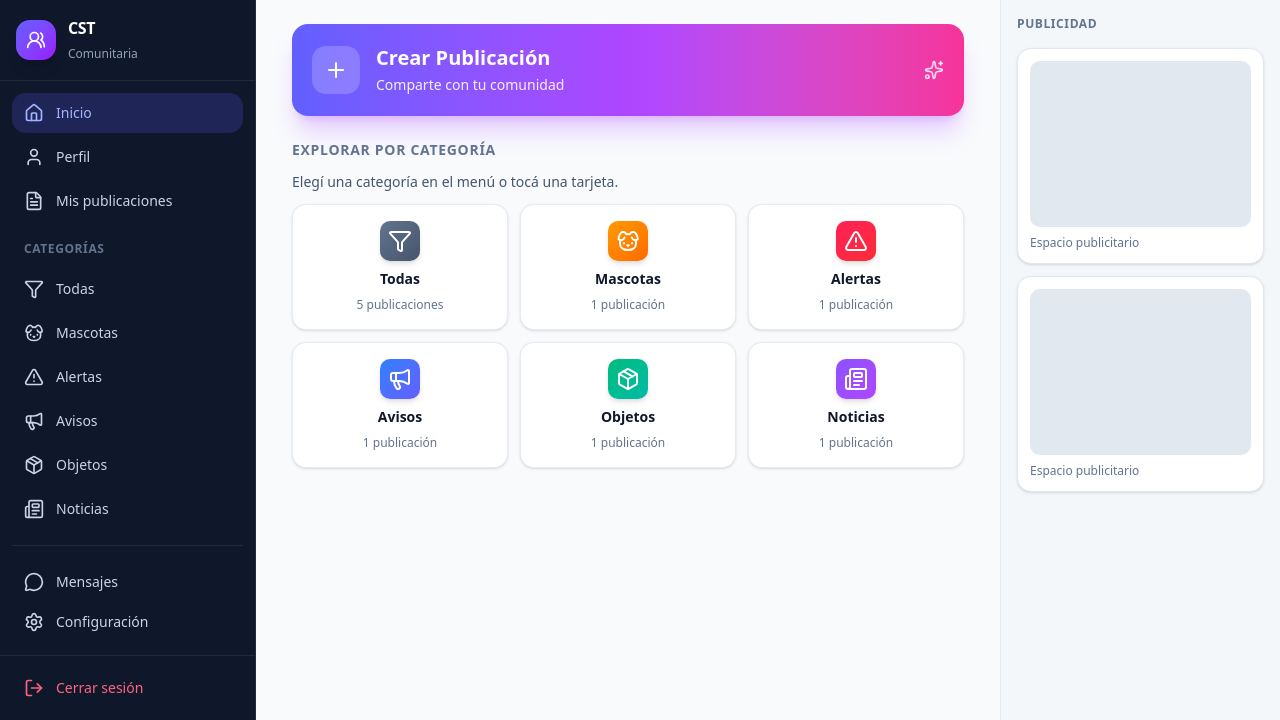
Repository: francoluca35/App-comunitaria
Page: /
These files come from the project's save history. The page is drawn as it stood at one moment and after the next save; the edit follows.
The browser window is 1280 px wide. The pictures show the whole page.
The project was rebuilt for these pictures with package versions that can differ from the ones it lists, and the page was loaded fresh each time. The framework's server and built-in components were replaced by stand-ins that run in the browser. Also part of the build but not shown: next.config.mjs.

Above is the page before, as saved 2026-03-06 14:10:28.

### src/app/layout.tsx
import './globals.css'
import { Providers } from './providers'

export const metadata = {
  title: 'Comunidad',
  description: 'Plataforma de difusión comunitaria',
}

export default function RootLayout({ children }: { children: React.ReactNode }) {
  return (
    <html lang="es">
      <body>
        <Providers>{children}</Providers>
      </body>
    </html>
  )
}

### src/app/page.tsx
'use client'

import Link from 'next/link'
import { useApp, Category } from './providers'
import {
  Dog,
  AlertTriangle,
  Megaphone,
  Package,
  Newspaper,
  Filter,
  Plus,
  Sparkles,
} from 'lucide-react'
import { DashboardLayout } from '@/components/DashboardLayout'

const CATEGORIES: {
  value: Category | 'all'
  slug: string
  label: string
  icon: React.ReactNode
  iconClass: string
}[] = [
  { value: 'all', slug: 'todas', label: 'Todas', icon: <Filter className="w-6 h-6" />, iconClass: 'bg-gradient-to-br from-slate-500 to-slate-600 dark:from-slate-400 dark:to-slate-500' },
  { value: 'mascotas', slug: 'mascotas', label: 'Mascotas', icon: <Dog className="w-6 h-6" />, iconClass: 'bg-gradient-to-br from-amber-500 to-orange-500 dark:from-amber-400 dark:to-orange-400' },
  { value: 'alertas', slug: 'alertas', label: 'Alertas', icon: <AlertTriangle className="w-6 h-6" />, iconClass: 'bg-gradient-to-br from-rose-500 to-red-500 dark:from-rose-400 dark:to-red-400' },
  { value: 'avisos', slug: 'avisos', label: 'Avisos', icon: <Megaphone className="w-6 h-6" />, iconClass: 'bg-gradient-to-br from-blue-500 to-indigo-500 dark:from-blue-400 dark:to-indigo-400' },
  { value: 'objetos', slug: 'objetos', label: 'Objetos', icon: <Package className="w-6 h-6" />, iconClass: 'bg-gradient-to-br from-emerald-500 to-teal-500 dark:from-emerald-400 dark:to-teal-400' },
  { value: 'noticias', slug: 'noticias', label: 'Noticias', icon: <Newspaper className="w-6 h-6" />, iconClass: 'bg-gradient-to-br from-violet-500 to-purple-500 dark:from-violet-400 dark:to-purple-400' },
]

function getCategoryCount(posts: { category: Category }[], value: Category | 'all') {
  if (value === 'all') return posts.length
  return posts.filter((p) => p.category === value).length
}

export default function HomePage() {
  const { posts } = useApp()
  const approvedPosts = posts.filter((p) => p.status === 'approved')

  return (
    <DashboardLayout>
      <div className="w-full">
        {/* CTA Crear Publicación */}
        <Link
          href="/create"
          className="group flex items-center justify-between gap-4 rounded-2xl p-4 sm:p-5 mb-6 text-white overflow-hidden bg-gradient-to-r from-indigo-500 via-purple-500 to-pink-500 shadow-xl shadow-purple-500/25 hover:shadow-2xl hover:shadow-purple-500/30 hover:scale-[1.01] active:scale-[0.99] transition-all duration-300"
        >
          <div className="flex items-center gap-4">
            <span className="flex items-center justify-center w-12 h-12 rounded-xl bg-white/20 backdrop-blur-sm group-hover:bg-white/30 transition-colors">
              <Plus className="w-6 h-6 group-hover:rotate-90 transition-transform duration-300" />
            </span>
            <div>
              <span className="text-xl font-bold block">Crear Publicación</span>
              <span className="text-sm text-white/90">Comparte con tu comunidad</span>
            </div>
          </div>
          <Sparkles className="w-5 h-5 text-white/80 group-hover:animate-pulse" />
        </Link>

        {/* Resumen: acceso rápido por categoría */}
        <section>
          <h2 className="text-sm font-semibold text-slate-500 dark:text-gray-400 uppercase tracking-wider mb-3">
            Explorar por categoría
          </h2>
          <p className="text-slate-600 dark:text-gray-400 text-sm mb-3">
            Elegí una categoría en el menú o tocá una tarjeta.
          </p>
          <div className="grid grid-cols-2 sm:grid-cols-3 gap-2 sm:gap-3">
            {CATEGORIES.map((cat) => {
              const count = getCategoryCount(approvedPosts, cat.value)
              return (
                <Link
                  key={cat.value}
                  href={`/categoria/${cat.slug}`}
                  className="group flex flex-col items-center gap-2 p-4 rounded-xl bg-white dark:bg-gray-800/80 border border-slate-200/80 dark:border-gray-700/80 shadow-sm hover:shadow-lg hover:shadow-slate-200/50 dark:hover:shadow-black/20 hover:border-transparent hover:-translate-y-0.5 active:translate-y-0 transition-all duration-200"
                >
                  <span
                    className={`flex items-center justify-center w-10 h-10 rounded-lg ${cat.iconClass} text-white shadow-md group-hover:scale-110 transition-transform duration-200`}
                  >
                    {cat.icon}
                  </span>
                  <span className="font-semibold text-slate-900 dark:text-white text-sm text-center">
                    {cat.label}
                  </span>
                  <span className="text-xs text-slate-500 dark:text-gray-400">
                    {count === 1 ? '1 publicación' : `${count} publicaciones`}
                  </span>
                </Link>
              )
            })}
          </div>
        </section>
      </div>
    </DashboardLayout>
  )
}

### src/app/globals.css
@import 'tailwindcss' source(none);
@source '../**/*.{js,ts,jsx,tsx}';
@import 'tw-animate-css';

@custom-variant dark (&:is(.dark *));

:root {
  --font-size: 16px;
  --background: #ffffff;
  --foreground: oklch(0.145 0 0);
  --card: #ffffff;
  --card-foreground: oklch(0.145 0 0);
  --popover: oklch(1 0 0);
  --popover-foreground: oklch(0.145 0 0);
  --primary: #030213;
  --primary-foreground: oklch(1 0 0);
  --secondary: oklch(0.95 0.0058 264.53);
  --secondary-foreground: #030213;
  --muted: #ececf0;
  --muted-foreground: #717182;
  --accent: #e9ebef;
  --accent-foreground: #030213;
  --destructive: #d4183d;
  --destructive-foreground: #ffffff;
  --border: rgba(0, 0, 0, 0.1);
  --input: transparent;
  --input-background: #f3f3f5;
  --switch-background: #cbced4;
  --font-weight-medium: 500;
  --font-weight-normal: 400;
  --ring: oklch(0.708 0 0);
  --chart-1: oklch(0.646 0.222 41.116);
  --chart-2: oklch(0.6 0.118 184.704);
  --chart-3: oklch(0.398 0.07 227.392);
  --chart-4: oklch(0.828 0.189 84.429);
  --chart-5: oklch(0.769 0.188 70.08);
  --radius: 0.625rem;
  --sidebar: oklch(0.985 0 0);
  --sidebar-foreground: oklch(0.145 0 0);
  --sidebar-primary: #030213;
  --sidebar-primary-foreground: oklch(0.985 0 0);
  --sidebar-accent: oklch(0.97 0 0);
  --sidebar-accent-foreground: oklch(0.205 0 0);
  --sidebar-border: oklch(0.922 0 0);
  --sidebar-ring: oklch(0.708 0 0);
}

.dark {
  --background: oklch(0.145 0 0);
  --foreground: oklch(0.985 0 0);
  --card: oklch(0.145 0 0);
  --card-foreground: oklch(0.985 0 0);
  --popover: oklch(0.145 0 0);
  --popover-foreground: oklch(0.985 0 0);
  --primary: oklch(0.985 0 0);
  --primary-foreground: oklch(0.205 0 0);
  --secondary: oklch(0.269 0 0);
  --secondary-foreground: oklch(0.985 0 0);
  --muted: oklch(0.269 0 0);
  --muted-foreground: oklch(0.708 0 0);
  --accent: oklch(0.269 0 0);
  --accent-foreground: oklch(0.985 0 0);
  --destructive: oklch(0.396 0.141 25.723);
  --destructive-foreground: oklch(0.637 0.237 25.331);
  --border: oklch(0.269 0 0);
  --input: oklch(0.269 0 0);
  --ring: oklch(0.439 0 0);
  --font-weight-medium: 500;
  --font-weight-normal: 400;
  --chart-1: oklch(0.488 0.243 264.376);
  --chart-2: oklch(0.696 0.17 162.48);
  --chart-3: oklch(0.769 0.188 70.08);
  --chart-4: oklch(0.627 0.265 303.9);
  --chart-5: oklch(0.645 0.246 16.439);
  --sidebar: oklch(0.205 0 0);
  --sidebar-foreground: oklch(0.985 0 0);
  --sidebar-primary: oklch(0.488 0.243 264.376);
  --sidebar-primary-foreground: oklch(0.985 0 0);
  --sidebar-accent: oklch(0.269 0 0);
  --sidebar-accent-foreground: oklch(0.985 0 0);
  --sidebar-border: oklch(0.269 0 0);
  --sidebar-ring: oklch(0.439 0 0);
}

@theme inline {
  --color-background: var(--background);
  --color-foreground: var(--foreground);
  --color-card: var(--card);
  --color-card-foreground: var(--card-foreground);
  --color-popover: var(--popover);
  --color-popover-foreground: var(--popover-foreground);
  --color-primary: var(--primary);
  --color-primary-foreground: var(--primary-foreground);
  --color-secondary: var(--secondary);
  --color-secondary-foreground: var(--secondary-foreground);
  --color-muted: var(--muted);
  --color-muted-foreground: var(--muted-foreground);
  --color-accent: var(--accent);
  --color-accent-foreground: var(--accent-foreground);
  --color-destructive: var(--destructive);
  --color-destructive-foreground: var(--destructive-foreground);
  --color-border: var(--border);
  --color-input: var(--input);
  --color-input-background: var(--input-background);
  --color-switch-background: var(--switch-background);
  --color-ring: var(--ring);
  --color-chart-1: var(--chart-1);
  --color-chart-2: var(--chart-2);
  --color-chart-3: var(--chart-3);
  --color-chart-4: var(--chart-4);
  --color-chart-5: var(--chart-5);
  --radius-sm: calc(var(--radius) - 4px);
  --radius-md: calc(var(--radius) - 2px);
  --radius-lg: var(--radius);
  --radius-xl: calc(var(--radius) + 4px);
  --color-sidebar: var(--sidebar);
  --color-sidebar-foreground: var(--sidebar-foreground);
  --color-sidebar-primary: var(--sidebar-primary);
  --color-sidebar-primary-foreground: var(--sidebar-primary-foreground);
  --color-sidebar-accent: var(--sidebar-accent);
  --color-sidebar-accent-foreground: var(--sidebar-accent-foreground);
  --color-sidebar-border: var(--sidebar-border);
  --color-sidebar-ring: var(--sidebar-ring);
}

@layer base {
  * {
    @apply border-border outline-ring/50;
  }

  body {
    @apply bg-background text-foreground;
  }

  html {
    font-size: var(--font-size);
  }

  h1 {
    font-size: var(--text-2xl);
    font-weight: var(--font-weight-medium);
    line-height: 1.5;
  }

  h2 {
    font-size: var(--text-xl);
    font-weight: var(--font-weight-medium);
    line-height: 1.5;
  }

  h3 {
    font-size: var(--text-lg);
    font-weight: var(--font-weight-medium);
    line-height: 1.5;
  }

  h4 {
    font-size: var(--text-base);
    font-weight: var(--font-weight-medium);
    line-height: 1.5;
  }

  label {
    font-size: var(--text-base);
    font-weight: var(--font-weight-medium);
    line-height: 1.5;
  }

  button {
    font-size: var(--text-base);
    font-weight: var(--font-weight-medium);
    line-height: 1.5;
  }

  input {
    font-size: var(--text-base);
    font-weight: var(--font-weight-normal);
    line-height: 1.5;
  }
}

/* Mobile-first custom styles */
.scrollbar-hide {
  -ms-overflow-style: none;
  scrollbar-width: none;
}

.scrollbar-hide::-webkit-scrollbar {
  display: none;
}

/* Smooth transitions */
* {
  -webkit-tap-highlight-color: transparent;
}

/* Safe area for mobile devices */
@supports (padding: max(0px)) {
  body {
    padding-bottom: max(0px, env(safe-area-inset-bottom));
  }
}

### src/components/DashboardLayout.tsx
'use client'

import { useState } from 'react'
import Link from 'next/link'
import { Menu, Megaphone } from 'lucide-react'
import { DashboardSidebar } from './DashboardSidebar'

export function DashboardLayout({ children }: { children: React.ReactNode }) {
  const [sidebarOpen, setSidebarOpen] = useState(false)

  return (
    <div className="flex min-h-screen bg-slate-50 dark:bg-[#84041c]">
      {/* Sidebar izquierdo: oculto en móvil salvo overlay */}
      <div
        className={`fixed inset-y-0 left-0 z-40 lg:static lg:block ${
          sidebarOpen ? 'block' : 'hidden'
        }`}
      >
        <DashboardSidebar onNavigate={() => setSidebarOpen(false)} />
      </div>

      {sidebarOpen && (
        <button
          type="button"
          aria-label="Cerrar menú"
          className="fixed inset-0 z-30 bg-black/50 lg:hidden"
          onClick={() => setSidebarOpen(false)}
        />
      )}

      {/* Centro: feed con ancho acotado */}
      <div className="flex-1 flex flex-col min-w-0 max-w-full">
        <header className="sticky top-0 z-20 flex items-center justify-between gap-2 px-3 py-3 bg-white/90 dark:bg-gray-950/90 backdrop-blur-xl border-b border-slate-200/80 dark:border-gray-800 lg:hidden">
          <div className="flex items-center gap-2">
            <button
              type="button"
              onClick={() => setSidebarOpen(true)}
              className="p-2 rounded-xl text-slate-600 dark:text-gray-400 hover:bg-slate-100 dark:hover:bg-gray-800"
              aria-label="Abrir menú"
            >
              <Menu className="w-6 h-6" />
            </button>
            <span className="font-semibold text-slate-900 dark:text-white">Difusión Comunitaria</span>
          </div>
          <Link
            href="/publicidades"
            className="flex items-center gap-1.5 px-3 py-2 rounded-xl bg-indigo-500/15 text-indigo-600 dark:text-indigo-400 hover:bg-indigo-500/25 text-sm font-medium"
            aria-label="Publicidades"
          >
            <Megaphone className="w-4 h-4" />
            <span>Publicidades</span>
          </Link>
        </header>

        <main className="flex-1 p-4 lg:p-6 overflow-auto flex justify-center">
          <div className="w-full max-w-2xl">
            {children}
          </div>
        </main>
      </div>

      {/* Columna fija: publicidad (solo desktop) */}
      <aside className="hidden xl:block w-[280px] shrink-0 border-l border-slate-200/80 dark:border-gray-800 bg-slate-100/50 dark:bg-gray-900/50 overflow-y-auto">
        <div className="sticky top-0 p-4 space-y-4">
          <h3 className="text-xs font-semibold text-slate-500 dark:text-gray-500 uppercase tracking-wider">
            Publicidad
          </h3>
          <div className="space-y-3">
            <div className="rounded-xl bg-white dark:bg-gray-800/80 border border-slate-200 dark:border-gray-700 p-3 shadow-sm">
              <div className="aspect-[4/3] rounded-lg bg-slate-200 dark:bg-gray-700 mb-2" />
              <p className="text-xs text-slate-500 dark:text-gray-400">Espacio publicitario</p>
            </div>
            <div className="rounded-xl bg-white dark:bg-gray-800/80 border border-slate-200 dark:border-gray-700 p-3 shadow-sm">
              <div className="aspect-[4/3] rounded-lg bg-slate-200 dark:bg-gray-700 mb-2" />
              <p className="text-xs text-slate-500 dark:text-gray-400">Espacio publicitario</p>
            </div>
          </div>
        </div>
      </aside>
    </div>
  )
}

### src/lib/supabase/client.ts
import { createClient as createSupabaseClient } from '@supabase/supabase-js'

const supabaseUrl = process.env.NEXT_PUBLIC_SUPABASE_URL!
const supabaseAnonKey = process.env.NEXT_PUBLIC_SUPABASE_ANON_KEY!

export function createClient() {
  return createSupabaseClient(supabaseUrl, supabaseAnonKey)
}

### src/components/DashboardSidebar.tsx
'use client'

import Link from 'next/link'
import { usePathname, useRouter } from 'next/navigation'
import {
  Users2,
  Home,
  User,
  FileText,
  Filter,
  Dog,
  AlertTriangle,
  Megaphone,
  Package,
  Newspaper,
  MessageCircle,
  Settings,
  LogOut,
  LayoutDashboard,
} from 'lucide-react'
import { useApp } from '@/app/providers'

const CATEGORIES = [
  { slug: 'todas', label: 'Todas', icon: Filter },
  { slug: 'mascotas', label: 'Mascotas', icon: Dog },
  { slug: 'alertas', label: 'Alertas', icon: AlertTriangle },
  { slug: 'avisos', label: 'Avisos', icon: Megaphone },
  { slug: 'objetos', label: 'Objetos', icon: Package },
  { slug: 'noticias', label: 'Noticias', icon: Newspaper },
] as const

export function DashboardSidebar({ onNavigate }: { onNavigate?: () => void }) {
  const pathname = usePathname()
  const router = useRouter()
  const { currentUser, logout } = useApp()

  const isActive = (path: string) => {
    if (path === '/') return pathname === '/'
    return pathname.startsWith(path)
  }

  const linkClass = (active: boolean) =>
    `flex items-center gap-3 px-3 py-2.5 rounded-xl text-sm font-medium transition-colors ${
      active
        ? 'bg-indigo-500/20 text-indigo-300 dark:text-indigo-200'
        : 'text-slate-300 dark:text-gray-400 hover:bg-white/5 hover:text-white dark:hover:text-gray-200'
    }`

  return (
    <aside className="flex flex-col w-64 min-h-full bg-slate-900 dark:bg-[#440813] border-r border-slate-700/50 dark:border-gray-800 shrink-0">
      {/* Logo */}
      <div className="p-4 border-b border-slate-700/50 dark:border-gray-800">
        <Link href="/" className="flex items-center gap-3" onClick={onNavigate}>
          <div className="flex items-center justify-center w-10 h-10 rounded-xl bg-gradient-to-br from-indigo-500 to-purple-600 shadow-lg">
            <Users2 className="w-5 h-5 text-white" />
          </div>
          <div>
            <span className="text-white font-bold tracking-tight block">CST</span>
            <span className="text-slate-400 dark:text-gray-500 text-xs">Comunitaria</span>
          </div>
        </Link>
      </div>

      {/* Nav */}
      <nav className="flex-1 overflow-y-auto p-3 space-y-1">
        <Link href="/" className={linkClass(pathname === '/')} onClick={onNavigate}>
          <Home className="w-5 h-5 shrink-0" />
          Inicio
        </Link>
        <Link href="/profile" className={linkClass(isActive('/profile'))} onClick={onNavigate}>
          <User className="w-5 h-5 shrink-0" />
          Perfil
        </Link>
        <Link href="/mis-publicaciones" className={linkClass(isActive('/mis-publicaciones'))} onClick={onNavigate}>
          <FileText className="w-5 h-5 shrink-0" />
          Mis publicaciones
        </Link>

        <div className="pt-4 pb-2">
          <p className="px-3 text-xs font-semibold text-slate-500 dark:text-gray-500 uppercase tracking-wider">
            Categorías
          </p>
        </div>
        {CATEGORIES.map(({ slug, label, icon: Icon }) => {
          const href = `/categoria/${slug}`
          const active = pathname === href
          return (
            <Link key={slug} href={href} className={linkClass(active)} onClick={onNavigate}>
              <Icon className="w-5 h-5 shrink-0" />
              {label}
            </Link>
          )
        })}

        <div className="pt-4 border-t border-slate-700/50 dark:border-gray-800 mt-4">
          <Link href="#" className={linkClass(false)} onClick={onNavigate}>
            <MessageCircle className="w-5 h-5 shrink-0" />
            Mensajes
          </Link>
          <Link href="/profile" className={linkClass(isActive('/profile'))} onClick={onNavigate}>
            <Settings className="w-5 h-5 shrink-0" />
            Configuración
          </Link>
        </div>

        {currentUser?.isAdmin && (
          <Link href="/admin" className={linkClass(isActive('/admin'))} onClick={onNavigate}>
            <LayoutDashboard className="w-5 h-5 shrink-0" />
            Acceso Admin
          </Link>
        )}
      </nav>

      {/* Cerrar sesión */}
      <div className="p-3 border-t border-slate-700/50 dark:border-gray-800">
        <button
          type="button"
          onClick={async () => {
            await logout()
            onNavigate?.()
            router.push('/login')
          }}
          className="flex items-center gap-3 w-full px-3 py-2.5 rounded-xl text-sm font-medium text-rose-400 hover:bg-rose-500/10 hover:text-rose-300 transition-colors"
        >
          <LogOut className="w-5 h-5 shrink-0" />
          Cerrar sesión
        </button>
      </div>
    </aside>
  )
}

Loaded but not shown: src/app/components/ui/sonner.tsx (common file); src/app/providers.tsx (554 lines, source omitted)

After the next save:
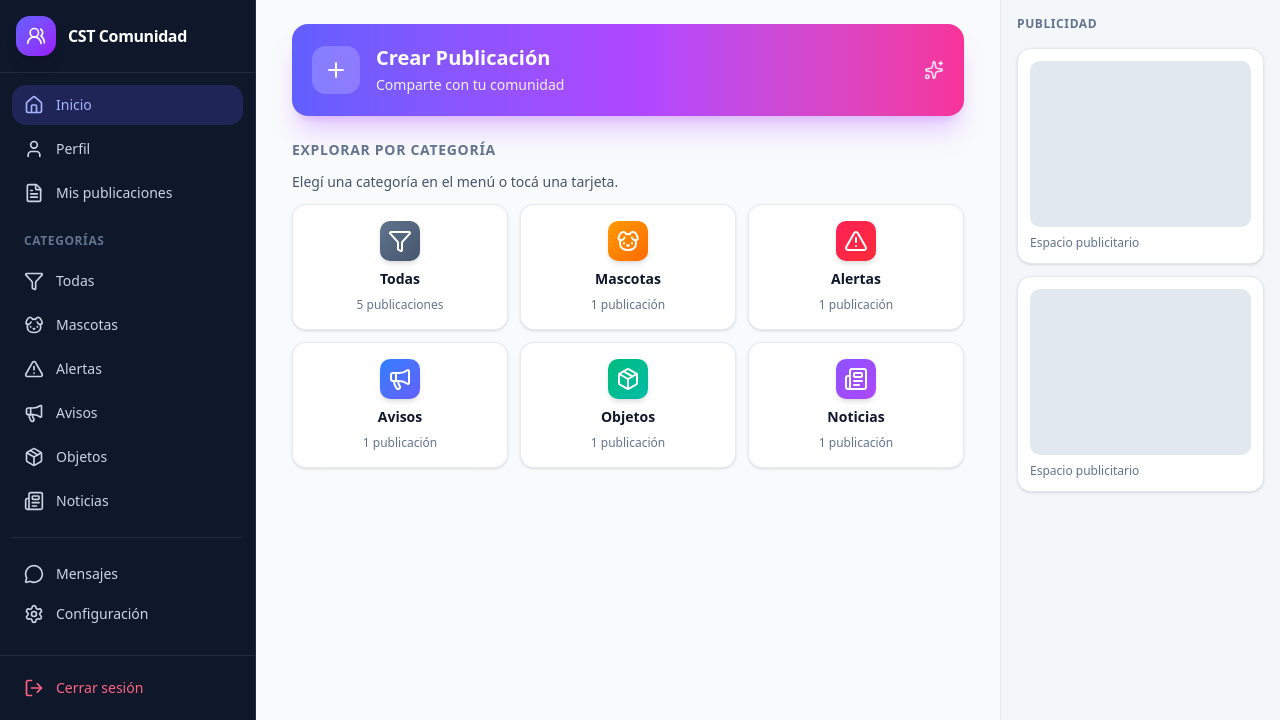
Saved 22 s later.
--- a/src/components/DashboardSidebar.tsx
+++ b/src/components/DashboardSidebar.tsx
@@ -55,8 +55,8 @@ export function DashboardSidebar({ onNavigate }: { onNavigate?: () => void }) {
             <Users2 className="w-5 h-5 text-white" />
           </div>
           <div>
-            <span className="text-white font-bold tracking-tight block">CST</span>
-            <span className="text-slate-400 dark:text-gray-500 text-xs">Comunitaria</span>
+            <span className="text-white font-bold tracking-tight block">CST Comunidad</span>
+
           </div>
         </Link>
       </div>
